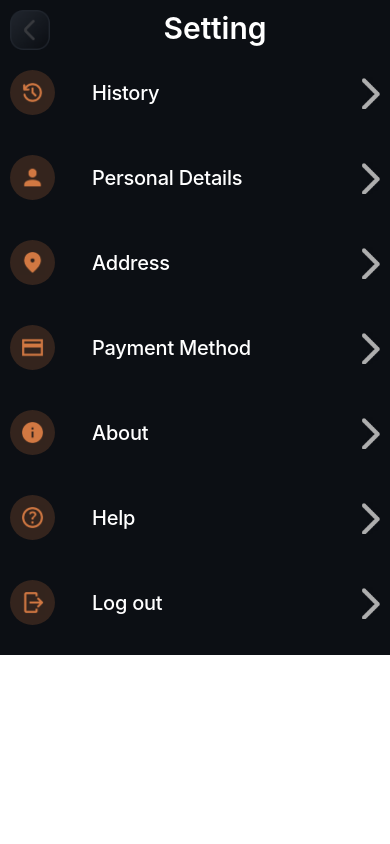
Repository: nguoilaisaochoi/App-coffe
Screen: /
These files come from the project's save history. The screen is drawn as it stood at one moment and after the next save; the edit follows.
The app was drawn by React Native's web renderer in a window 390 px wide. The project was rebuilt for these pictures with package versions that can differ from the ones it lists, and the page was loaded fresh each time.

Above is the screen before, as saved 2024-01-13 09:07:01.

After the next save:
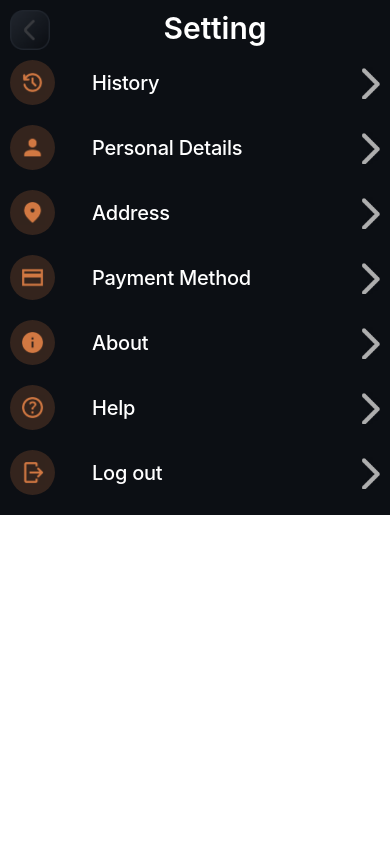
Saved 5 s later.
--- a/src/Setting.js
+++ b/src/Setting.js
@@ -141,8 +141,8 @@ const mystyle = StyleSheet.create({
     display: 'flex',
     flexDirection: 'row',
     alignItems: 'center',
-    marginTop:20,
-    marginBottom:20,
+    marginTop:10,
+    marginBottom:10,
   },
   text: {
     color: 'white',
